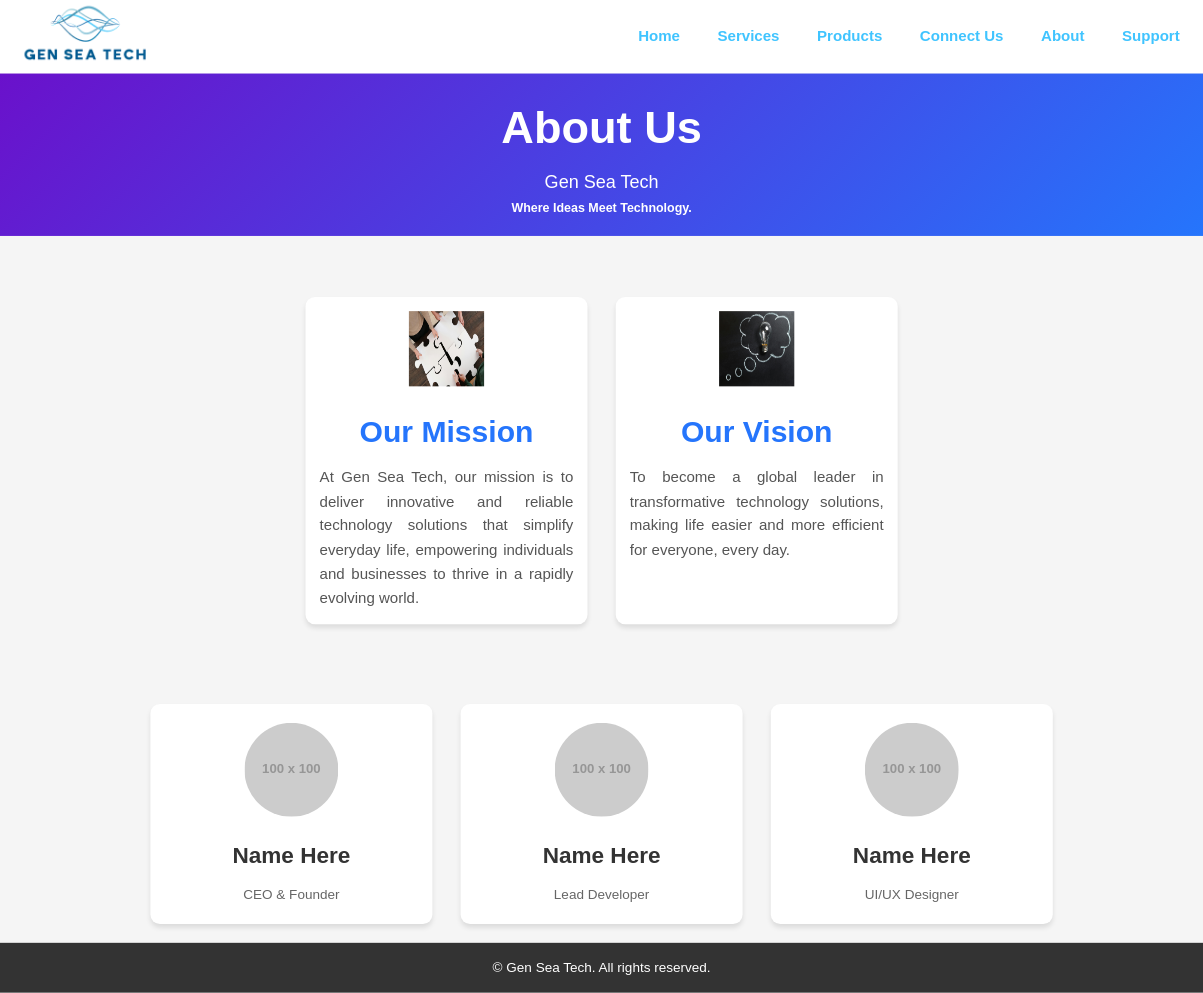
Repository: aniketkhatawkar/Gen_Sea_Tech
Page: http://localhost/GenSeaTech/about.jsp
The author's editor kept a copy of each file at every save. The page is drawn from the files as they stood at one save, then again after the next save.
The browser window is 1280 px wide. The pictures show the whole page, at 94% of full size.
The page is served by Tomcat 10. Other server files are loaded and not shown.

Above is the page before, as saved 2024-12-14 09:06:59.

### GenSeaTech/src/main/webapp/about.jsp
<!DOCTYPE html>
<html lang="en">
<head>
<meta charset="UTF-8">
<meta name="viewport" content="width=device-width, initial-scale=1.0">
<title>About</title>
<link rel="icon" href="assets/logo.png" type="image/png" >
<style>
    * {
        margin: 0;
        padding: 0;
        box-sizing: border-box;
        font-family: 'Arial', sans-serif;
    }

    body {
        background-color: #f5f5f5;
        color: #333;
        overflow-x: hidden;
    }

    header {
        background: linear-gradient(135deg, #6a11cb, #2575fc);
        color: white;
        padding: 20px 10px;
        text-align: center;
    }

    header h1 {
        font-size: 3rem;
        margin-bottom: 5px;
    }

    header p {
        font-size: 1.2rem;
    }

    .mission-vision-section {
        display: flex;
        flex-wrap: wrap;
        justify-content: center;
        gap: 30px;
        margin: 15px;
        padding: 50px;
    }

    .mission-vision-card {
        background: white;
        border-radius: 10px;
        box-shadow: 0 4px 6px rgba(0, 0, 0, 0.1);
        padding: 15px;
        text-align: center;
        width: 300px;
        transition: transform 0.3s ease, box-shadow 0.3s ease;
    }

    .mission-vision-card img {
        width: 80px;
        height: 80px;
        margin-bottom: 15px;
    }

    .mission-vision-card h2 {
        font-size: 2rem;
        color: #2575fc;
        margin-bottom: 10px;
    }

    .mission-vision-card p {
        font-size: 1rem;
        line-height: 1.6;
        color: #555;
        text-align: justify;
    }

    .about-section {
        display: flex;
        flex-wrap: wrap;
        justify-content: center;
        padding: 20px 10px;
        gap: 30px;
    }

    .about-card {
        background: white;
        border-radius: 10px;
        box-shadow: 0 4px 6px rgba(0, 0, 0, 0.1);
        padding: 20px;
        text-align: center;
        width: 300px;
        transition: transform 0.3s ease, box-shadow 0.3s ease;
    }

    .about-card:hover {
        transform: translateY(-10px);
        box-shadow: 0 8px 12px rgba(0, 0, 0, 0.2);
    }

    .about-card img {
        width: 100px;
        height: 100px;
        border-radius: 50%;
        margin-bottom: 15px;
    }

    .about-card h3 {
        margin-bottom: 10px;
        font-size: 1.5rem;
    }

    .about-card p {
        font-size: 0.9rem;
        color: #666;
    }

    @media (max-width: 768px) {
        header h1 {
            font-size: 2.5rem;
        }

        .mission-vision-card {
            width: 100%;
            max-width: 400px;
        }

        .about-card {
            width: 100%;
            max-width: 300px;
        }
    }
</style>
</head>
<body>
	<!-- NavBar -->
	<%@ include file="navbar.jsp" %>

    <header>
        <h1>About Us</h1>
        <p>Gen Sea Tech</p>
        <h5>Where Ideas Meet Technology.</h5>
    </header>

    <section class="mission-vision-section">
        <div class="mission-vision-card">
            <img src="assets/mission.jpg" alt="Mission Icon">
            <h2>Our Mission</h2>
            <p>At Gen Sea Tech, our mission is to deliver innovative and reliable technology solutions that simplify everyday life, empowering individuals and businesses to thrive in a rapidly evolving world.</p>
        </div>

        <div class="mission-vision-card">
            <img src="assets/vision.jpg" alt="Vision Icon">
            <h2>Our Vision</h2>
            <p>To become a global leader in transformative technology solutions, making life easier and more efficient for everyone, every day.</p>
        </div>
    </section>

    <section class="about-section" id="team">
        <div class="about-card">
            <img src="https://via.placeholder.com/100" alt="Team Member">
            <h3>Name Here</h3>
            <p>CEO & Founder</p>
        </div>

        <div class="about-card">
            <img src="https://via.placeholder.com/100" alt="Team Member">
            <h3>Name Here</h3>
            <p>Lead Developer</p>
        </div>

        <div class="about-card">
            <img src="https://via.placeholder.com/100" alt="Team Member">
            <h3>Name Here</h3>
            <p>UI/UX Designer</p>
        </div>
    </section>

	<!-- Footer -->
    <%@ include file="footer.jsp" %>
</body>
</html>

### GenSeaTech/src/main/webapp/navbar.jsp
<%@ page language="java" contentType="text/html; charset=UTF-8"
    pageEncoding="UTF-8"%>
<!DOCTYPE html>
<html>
<head>
<meta charset="UTF-8">
<title>Gen Sea Tech</title>
<link rel="icon" href="assets/logo.png" type="image/png" >
<style>
* {
	margin: 0;
	padding: 0;
	box-sizing: border-box;
	font-family: Arial, sans-serif;
}

body {
	line-height: 1.6;
}
.navbar {
	background-color: #ffffff;
	color: #fff;
	padding: 5px 5px;
	display: flex;
	justify-content: space-between;
	align-items: center;
	position: relative;
}

.navbar a {
	color: #40c4ff;
	text-decoration: none;
	margin: 0 20px;
	font-weight: bold;
}

.navbar a:hover {
	color: #757575;
}

.links {
	display: flex;
}
@media (max-width: 768px) {
	.links {
		display: none;
		flex-direction: column;
		background-color: #333;
		position: absolute;
		top: 50px;
		right: 10px;
		width: 200px;
		border-radius: 5px;
		box-shadow: 0px 4px 6px rgba(0, 0, 0, 0.1);
	}

	.links a {
		margin: 10px 0;
		text-align: center;
	}

	.hamburger {
		display: flex;
	}

	.links.active {
		display: flex;
	}
}
</style>
</head>
<body>
	<div class="navbar">
		<div class="logo">
        <a href="home.jsp"><img src="assets/namelogo.png" alt="Gen Sea Tech Logo" style="height: 60px; margin-right: 10px;"></a>
    	</div>
		<div class="links">
			<a href="home.jsp">Home</a>
			<a href="services.jsp">Services</a>
			<a href="products.jsp">Products</a>
			<a href="connectus.jsp">Connect Us</a>
			<a href="about.jsp">About</a>
			<a href="#support.jsp">Support</a>
		</div>
	</div>
</body>
</html>

### GenSeaTech/src/main/webapp/footer.jsp
<%@ page language="java" contentType="text/html; charset=UTF-8"
    pageEncoding="UTF-8"%>
<!DOCTYPE html>
<html>

<head>

<style>
	footer {
        background-color: #333;
        color: white;
        text-align: center;
        padding: 15px;
        margin-top: 0px;
    }

    footer p {
        font-size: 0.9rem;
    }
</style>

	<meta charset="UTF-8">
	<title>Footer</title>
</head>

<body>
	<footer>
        <p>&copy; Gen Sea Tech. All rights reserved.</p>
    </footer>
</body>

</html>

After the next save:
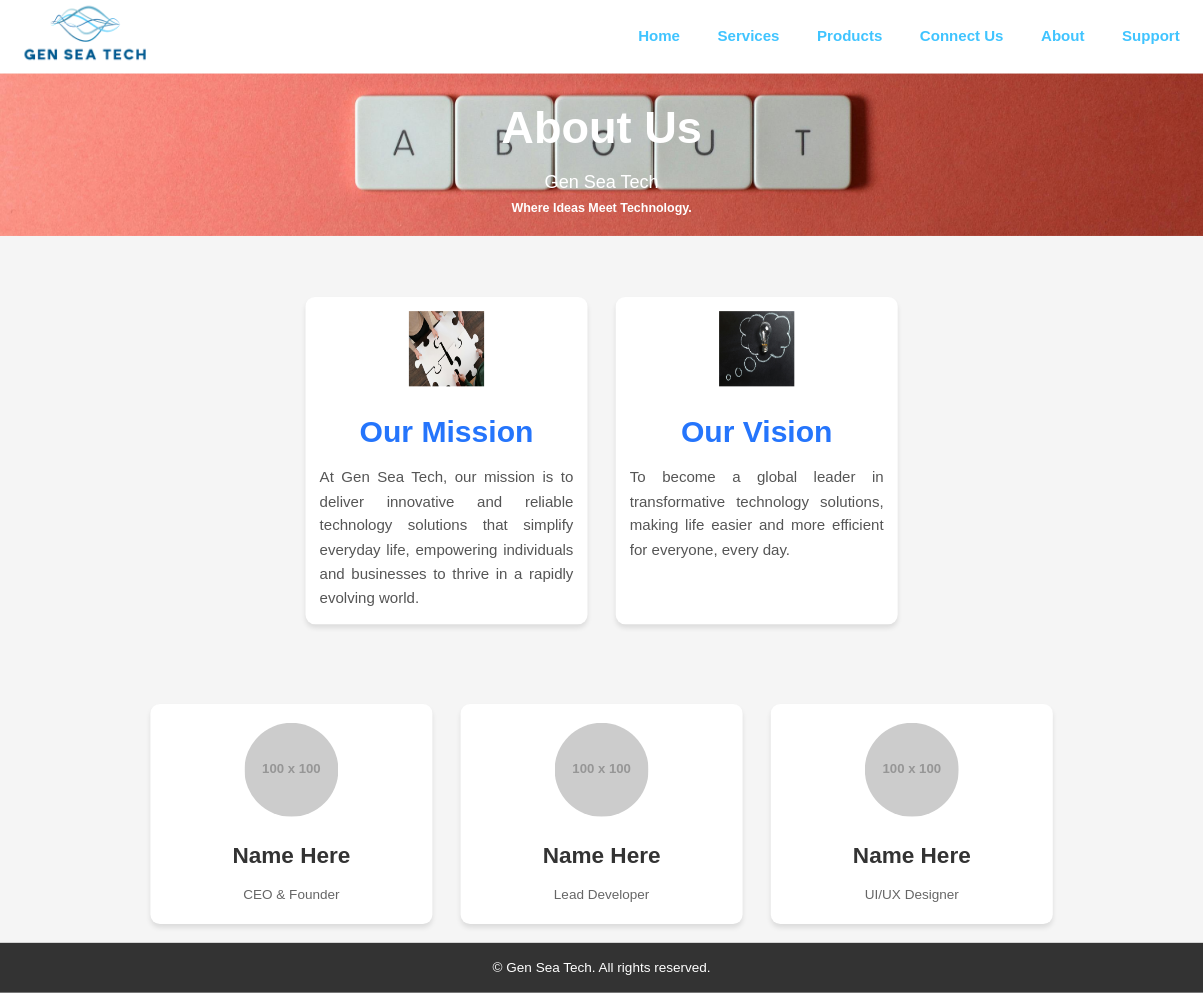
Saved 2 h 54 min later.
--- a/GenSeaTech/src/main/webapp/about.jsp
+++ b/GenSeaTech/src/main/webapp/about.jsp
@@ -20,11 +20,13 @@
     }
 
     header {
-        background: linear-gradient(135deg, #6a11cb, #2575fc);
-        color: white;
-        padding: 20px 10px;
-        text-align: center;
-    }
+	    background:  url("assets/about.jpg") no-repeat center center;
+	    background-size: cover;
+	    object-fit: cover;
+	    color: white;
+	    padding: 20px 10px;
+	    text-align: center;
+	}
 
     header h1 {
         font-size: 3rem;
